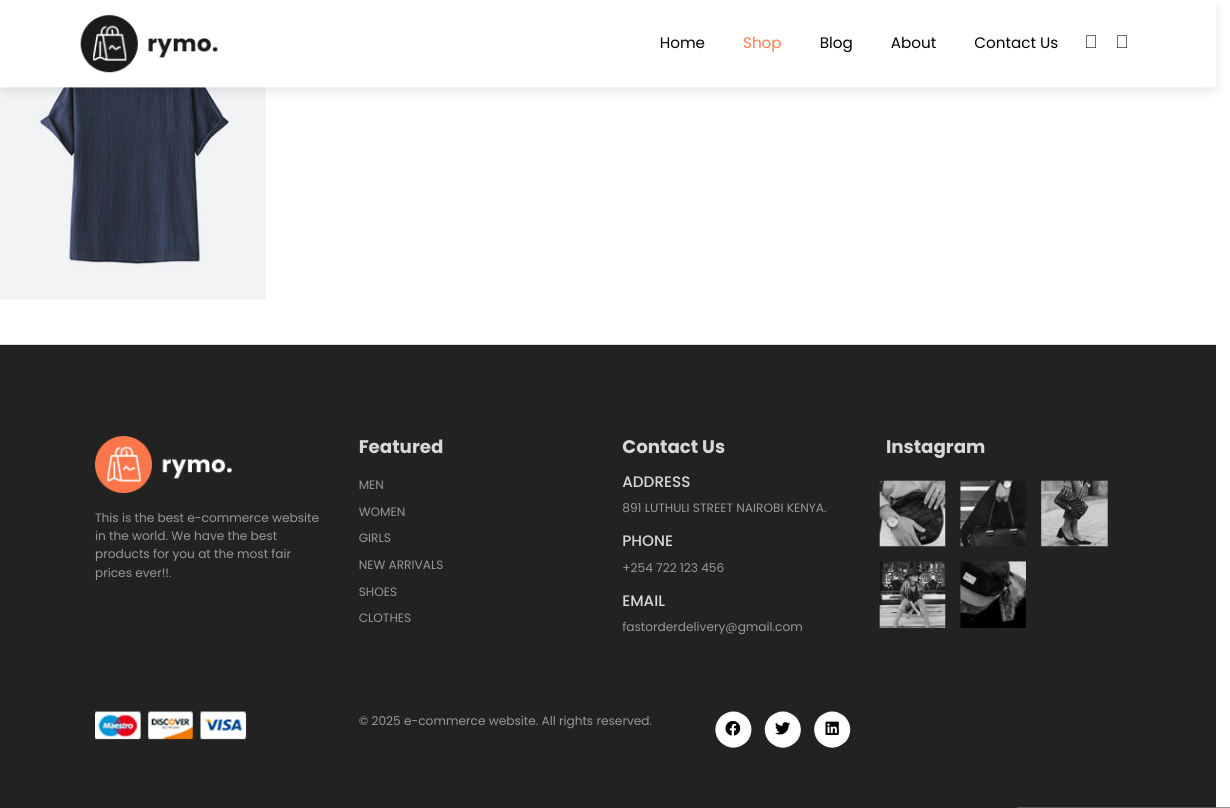
Repository: peter417waweru/e-commerce-UI
Page: sproduct.html
The author's editor kept a copy of each file at every save. The page is drawn from the files as they stood at one save, then again after the next save.
The browser window is 1280 px wide. The page is 1295 px wide, so the pictures cover 1295 px, including what lies to the right of the window. The pictures show the whole page, at 95% of full size.
Some web libraries are served in a nearby version.

Above is the page before, as saved 2025-02-08 15:23:31.

### sproduct.html
<!DOCTYPE html>
<html lang="en">

    <head>
        <meta charset="UTF-8">
        <meta http-equiv="X-UA-Compatible" content="IE=edge">
        <meta name="viewport" content="width=device-width, initial-scale=1.0">
        <title>Product Details</title>

        <link rel="stylesheet" href="https://cdn.jsdelivr.net/npm/bootstrap@4.1.3/dist/css/bootstrap.min.css"
        integrity="sha384-MCw98/SFnGE8fJT3GXwEOngsV7Zt27NXFoaoApmYm81iuXoPkFOJwJ8ERdknLPMO" crossorigin="anonymous">

        <link rel="stylesheet" href="https://pro.fontawesome.com/releases/v5.10.0/css/all.css" />

        <link rel="stylesheet" href="./style.css">
    </head>

    <body>
        <nav class="navbar navbar-expand-lg navbar-light bg-white py-3 fixed-top">
            <div class="container">
              <img src="img/logo1.png" alt="">
              <button class="navbar-toggler" type="button" data-bs-toggle="collapse" data-bs-target="#navbarSupportedContent"
              aria-controls="navbarSupportedContent" aria-expanded="false" aria-label="Toggle navigation">
                <span><i id="bar" class="fas fa-bars"></i></span>
              </button>
              <div class="collapse navbar-collapse" id="navbarSupportedContent">
                <ul class="navbar-nav ml-auto">
                  <li class="nav-item">
                    <a class="nav-link" aria-current="page" href="index.html">Home</a>
                  </li>
                  <li class="nav-item">
                    <a class="nav-link active" aria-current="page" href="shop.html">Shop</a>
                  </li>
                  <li class="nav-item">
                    <a class="nav-link" aria-current="page" href="#">Blog</a>
                  </li>
                  <li class="nav-item">
                    <a class="nav-link" aria-current="page" href="#">About</a>
                  </li>
                  <li class="nav-item">
                    <a class="nav-link" aria-current="page" href="#">Contact Us</a>
                  </li>
                  <li class="nav-item">
                    <i class="fal fa-search"></i>
                    <i class="fal fa-shopping-bag"></i>
                  </li>


                </ul>

              </div>
            </div>
        </nav>

        <section class="sproduct">
            <div class="row">
                <div class="col-lg-5 col-mid-12 col-12">
                    <img src="img/shop/1.jpg" alt="">
                </div>
                <div></div>
            </div>
        </section>



        <footer class="mt-5 py-5">
            <div class="row container mx-auto pt-5">
              <div class="footer-one col-lg-3 col-md-6 col-12">
                <img src="img/logo2.png" alt="">
                <p class="pt-3">This is the best e-commerce website in the world.
                   We have the best products for you at the most fair prices ever!!.</p>
              </div>
              <div class="footer-one col-lg-3 col-md-6 col-12">
                <h4 class="pb-2">Featured</h4>
                <ul class="text-uppercase list-unstyled">
                  <li><a href="#">men</a></li>
                  <li><a href="#">women</a></li>
                  <li><a href="#">girls</a></li>
                  <li><a href="#">new arrivals</a></li>
                  <li><a href="#">shoes</a></li>
                  <li><a href="#">clothes</a></li>
                </ul>
              </div>
              <div class="footer-one col-lg-3 col-md-6 col-12 mb-3">
                <h4 class="pb-2">Contact Us</h4>
                <div>
                  <h6 class="text-uppercase">Address</h6>
                <p>891 LUTHULI STREET NAIROBI KENYA.</p>
                </div>
                <div>
                  <h6 class="text-uppercase">Phone</h6>
                <p>+254 722 123 456</p>
                </div>
                <div>
                  <h6 class="text-uppercase">Email</h6>
                <p>fastorderdelivery@gmail.com</p>
                </div>
              </div>
              <div class="footer-one col-lg-3 col-md-6 col-12 mb-3">
                <h4 class="pb-2">Instagram</h4>
                <div class="row">
                  <img class="img-fluid w-25 h-100 m-2" src="img/insta/1.jpg" alt="">
                  <img class="img-fluid w-25 h-100 m-2" src="img/insta/2.jpg" alt="">
                  <img class="img-fluid w-25 h-100 m-2" src="img/insta/3.jpg" alt="">
                  <img class="img-fluid w-25 h-100 m-2" src="img/insta/4.jpg" alt="">
                  <img class="img-fluid w-25 h-100 m-2" src="img/insta/5.jpg" alt="">
                </div>
              </div>
            </div>
            <div class="copyright mt-5">
              <div class="row container mx-auto">
                <div class="col-lg-3 col-md-6 col-12 mb-4">
                  <img class="img-fluid" src="img/payment.png" alt="">
                </div>
                <div class="col-lg-4 col-md-6 col-12 text-nowrap mb-2">
                  <p>© 2025 e-commerce website. All rights reserved.</p>
                </div>
                <div class="col-lg-4 col-md-6 col-12">
                  <a href="#"><i class="fab fa-facebook"></i></a>
                  <a href="#"><i class="fab fa-twitter"></i></a>
                  <a href="#"><i class="fab fa-linkedin"></i></a>
                </div>
              </div>
            </div>
        </footer>


        <script src="https://cdn.jsdelivr.net/npm/@popperjs/core@2.9.1/dist/umd/popper.min.js"
            integrity="sha384-SR1sx49pcuLnqZUnnPwx6FCym0wLsk5JZuNx2bPPENzswTNFaQU1RDvt3wT4gWFG"
            crossorigin="anonymous">
        </script>
        <script src="https://cdn.jsdelivr.net/npm/bootstrap@5.0.0-beta3/dist/js/bootstrap.min.js"
            integrity="sha384-j0CNLUeiqtyaRmlzUHCPZ+Gy5fQu0dQ6eZ/xAww941Ai1SxSY+0EQqNXNE6DZiVc"
            crossorigin="anonymous">
        </script>
    </body>

</html>

### style.css
@import url("https://fonts.googleapis.com/css2?family=Poppins:wght@100;200;300;400;500;600;700;800;900&display=swap");
* {
  margin: 0;
  padding: 0;
  box-sizing: border-box;
}

body {
  font-family: "Poppins", sans-serif;
}

h1 {
  font-size: 2.5rem;
  font-weight: 700;
}

h2 {
  font-size: 1.8rem;
  font-weight: 600;
}

h3 {
  font-size: 1.4rem;
  font-weight: 800;
}

h4 {
  font-size: 1.1rem;
  font-weight: 600;
}

h5 {
  font-size: 1rem;
  font-weight: 400;
  color: #1d1d1d;
}

h6 {
  color: #d8d8d8;
}

hr {
  width: 30px;
  height: 2px;
  background-color: #fb774b;
}

.star {
  padding: 10px 0;
}

.star i{
  font-size: 0.8rem;
  color: goldenrod;
}

button {
  font-size: 0.8rem;
  font-weight: 700;
  outline: none;
  border: none;
  background-color: #1d1d1d;
  color: aliceblue;
  padding: 13px 30px;
  cursor: pointer;
  text-transform: uppercase;
  transition: 0.3s ease;
}

button:hover {
  background-color: #3a3833;
}

hr {
  width: 30px;
  height: 2px;

}

.navbar {
  font-size: 16px;
  background-color: #d8d8d8;
  top: 0;
  left: 0;
  box-shadow: 0 5px 10px rgba(0, 0, 0, 0.1);
}

.navbar-light .navbar-nav .nav-link{
  padding: 0 20px;
  color: black;
  transition: 0.3s ease;
}

.navbar-light .navbar-nav .nav-link:hover,
.navbar i:hover,
.navbar-light .navbar-nav .nav-link.active,
.navbar i.active
{
  color: coral;
}



.navbar i{
  font-size: 1.2rem;
  padding: 0 7px;
  cursor: pointer;
  transition: 0.3s ease;
}

/* Mobile Nav*/


.navbar-light .navbar-toggler{
  border: none;
  outline: none;
}

#bar {
  font-size: 1.5rem;
  padding: 7px;
  cursor: pointer;
  font-weight: 500;
  color: black;
  transition: 0.3s ease;
}

#bar:hover,
#bar.active{
  color: #fff;
}

@media only screen and (max-width: 990px) {

  body > nav > div > button:hover ,
  body > nav > div > button:focus {
    background-color: #fb774b;
  }

  body > nav > div > button:hover #bar,
  body > nav > div > button:focus #bar {
    background-color: #fb774b;
  }

  #navbarSupportedContent > ul {
    margin: 1rem;
    justify-content: flex-end;
    align-items: flex-end;
    text-align: right;
  }

  #navbarSupportedContent > ul > li:nth-child(n) > a {
    padding: 10px 0;
  }
}


#home {
  background-image: url("img/back.jpg");
  width: 100%;
  height: 100vh;
  background-size: cover;
  background-position: top 70px center;
  display: flex;
  flex-direction: column;
  align-items: flex-start;
  justify-content: center;

}

#home span{
  color: coral;
}

#new .one img{
  width: 100%;
  height: 100%;
  background-position: center center;
  background-repeat: no-repeat;
  background-size: cover;
  position: relative;
}


#new .row .one .details{
  position: absolute;
  width: 100%;
  height: 100%;
  top: 0;
  left: 0;
  transition: 0.3s ease;
}

#new .row .one:hover .details{
  cursor: pointer;
  background-color: rgba(255, 178, 178, 0.8);
}

#new .row .one .details button{
 display: inline-block;
 font-size: 14px;
 font-weight: 500;
 color: #2a2a2a;
 background: none;
 text-transform: uppercase;
 border-bottom: 1px solid #2a2a2a;
 padding: 1.5px;
 transform: translateY(70px);
 transition: 0.3s ease;
}

#new .row .one .details button:hover{
  cursor: pointer;
  color: #fff;
  border-bottom: 1px solid #fff;
}

#new .row .one:nth-child(1) .details{
  display: flex;
  justify-content: center;
  flex-direction: column;
  align-items: flex-start;
  text-align: start;
}

#new .row .one:nth-child(2) .details{
  display: flex;
  justify-content: center;
  flex-direction: column;
  align-items: center;
  text-align: center;
}

#new .row .one:nth-child(3) .details{
  display: flex;
  justify-content: center;
  flex-direction: column;
  align-items: flex-end;
  text-align: end;
}

/*Products*/

.product {
  cursor: pointer;
  margin-bottom: 2rem;
}

.product img{
  transition: 0.3s all;

}

.product img:hover{
  opacity: 0.7;
}

.product .buy-btn{
  background: #fb774b;
  transform: translateY(20px);
  opacity: 0;
  transition: 0.3s all;
}
.product:hover .buy-btn{
  transform: translateY(0px);
  opacity: 1;
}

#banner {
  background-image: url("img/banner/2.jpg");
  width: 100%;
  height: 60vh;
  background-size: cover;
  background-position: top 70px center;
  background-repeat: no-repeat;
  background-attachment: fixed;
  display: flex;
  flex-direction: column;
  align-items: flex-start;
  justify-content: center;
}

#banner h4{
  color: #D8D8D8;
}

#banner h1{
  color: #D8D8D8;
}

#banner button{
  background-color: #fb774b;
}

footer{
  background-color: #222222;
}

footer h4 {
  color: #D8D8D8;
  font-size: 1.2rem;
  font-weight: 700;
}

footer li {
  padding-bottom: 4px;
}

footer li a {
  font-size: 0.8rem;
  color: #999;
}

footer li a:hover {
  color: #D8D8D8;
}

footer p{
  color: #999;
  font-size: 0.8rem;
}

footer .copyright a{
  color: #000;
  width: 38px;
  height: 38px;
  background-color: #fff;
  display: inline-block;
  text-align: center;
  line-height: 38px;
  border-radius: 50%;
  transition: 0.3s ease;
  margin: 0 5px;

}

footer .copyright a:hover{
  color: #fff;
  background-color: #fb774b;
}

After the next save:
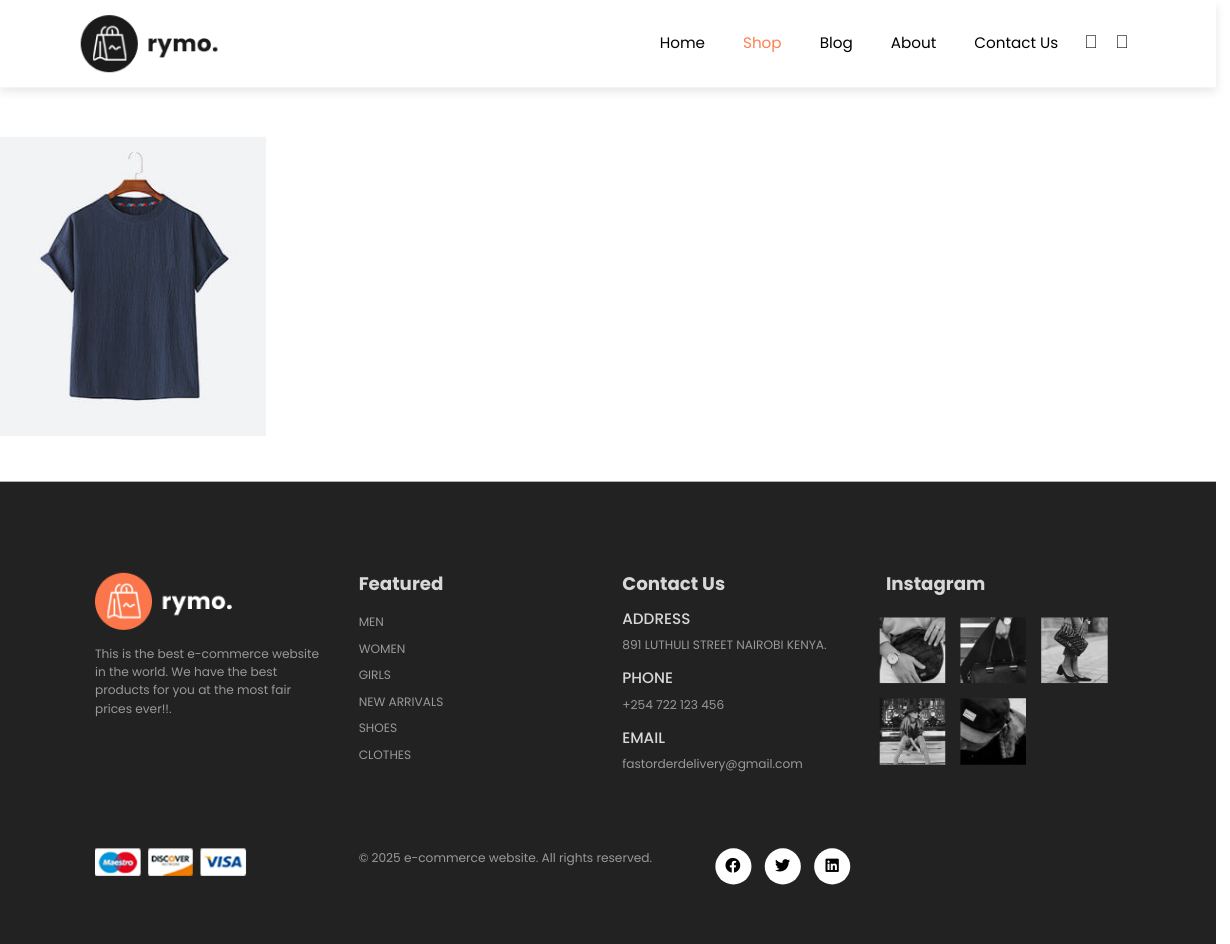
Saved 82 s later.
--- a/sproduct.html
+++ b/sproduct.html
@@ -52,8 +52,8 @@
             </div>
         </nav>
 
-        <section class="sproduct">
-            <div class="row">
+        <section class="sproduct my-5 pt-5">
+            <div class="row mt-5">
                 <div class="col-lg-5 col-mid-12 col-12">
                     <img src="img/shop/1.jpg" alt="">
                 </div>
